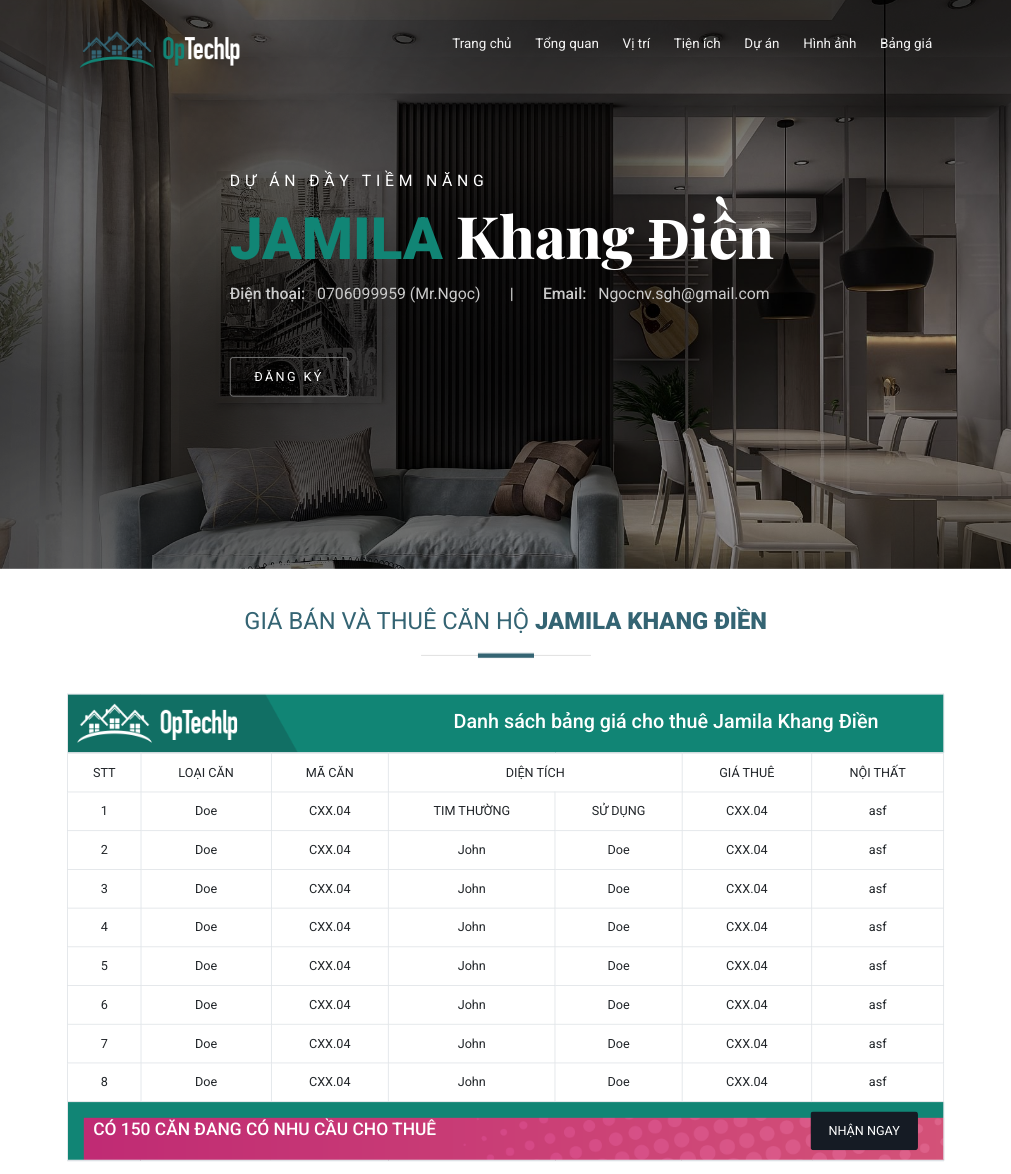
Repository: phunobi1807/Myweb
Page: index.html
An editor plug-in stored every save of this project. The page is shown before and after the next save, followed by the edit.
The browser window is 1280 px wide. The pictures show the whole page, at 79% of full size.
Some web fonts or font styles are not loaded; a fallback is used.

Above is the page before, as saved 2021-05-14 14:32:50.

After the next save:
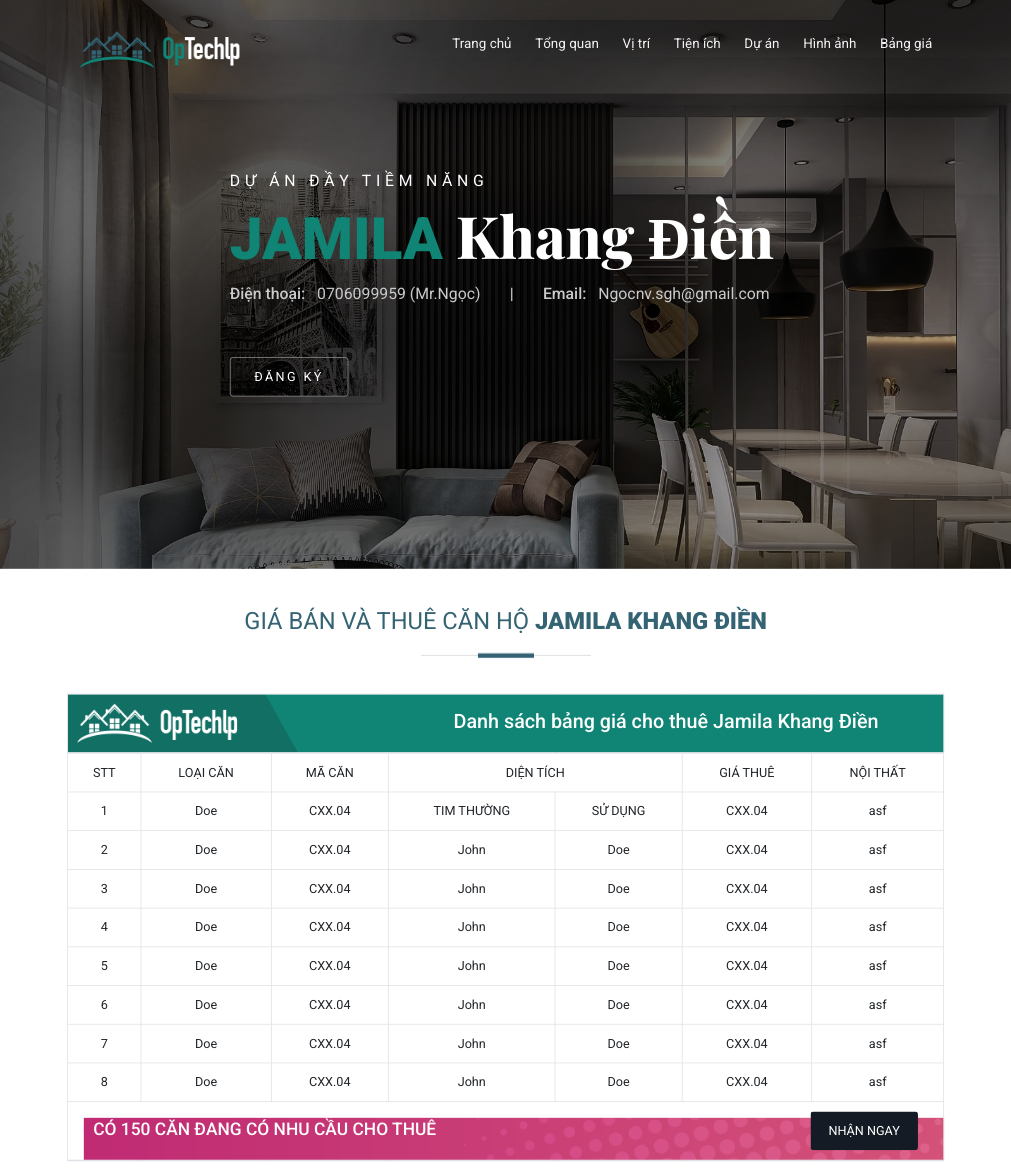
Saved 23 s later.
--- a/css/style.css
+++ b/css/style.css
@@ -205,7 +205,7 @@
         text-transform: uppercase;
     }
 
-    .price-apartment table thead tr {
+    .price-apartment table thead tr.top-one {
         background-color: #118575;
     }
 
